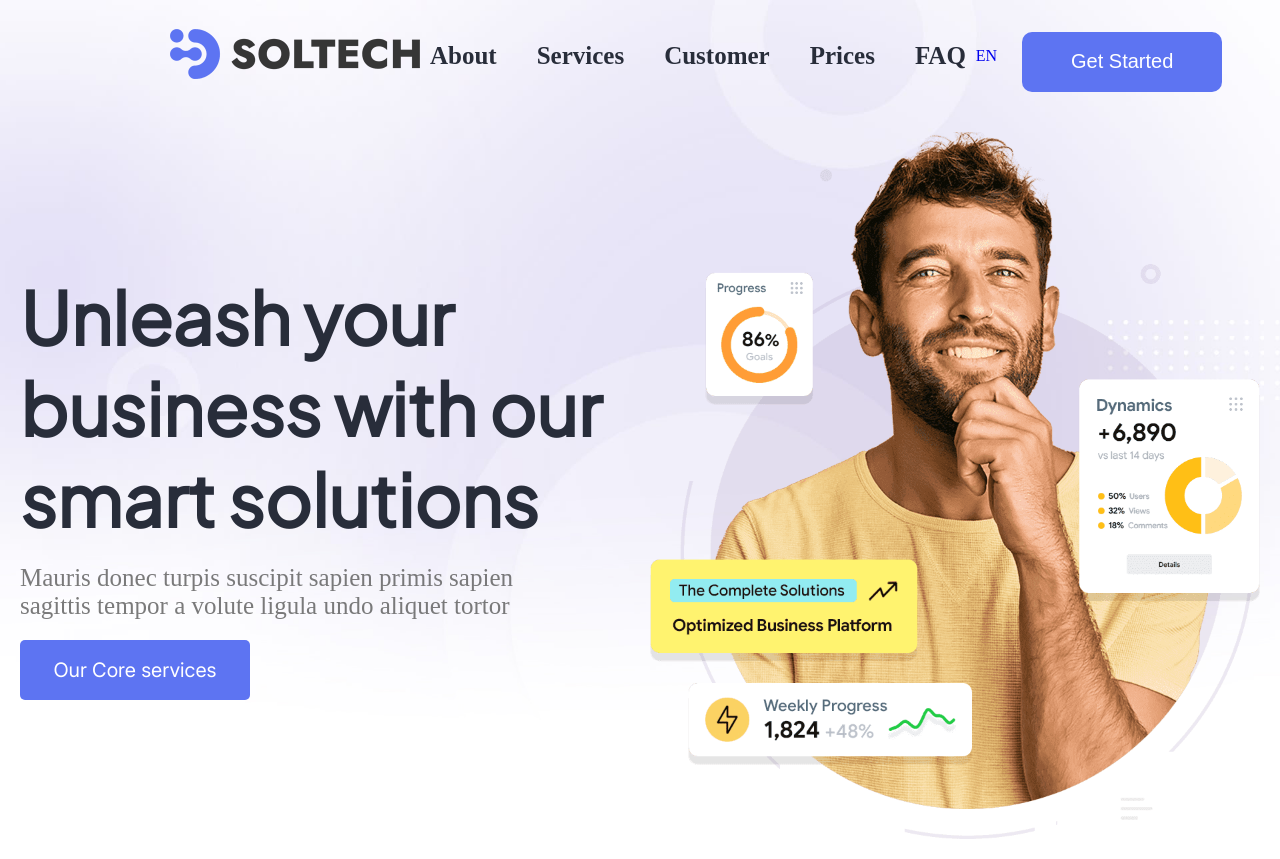
Repository: md-rabbi-hossain/Soltech-html
Page: index.html
An editor plug-in stored every save of this project. The page is shown before and after the next save, followed by the edit.
The browser window is 1280 px wide. The pictures show the whole page.

Above is the page before, as saved 2025-01-08 15:08:52.

### index.html
<!DOCTYPE html>
<html lang="en">
  <head>
    <meta charset="UTF-8" />
    <meta name="viewport" content="width=device-width, initial-scale=1.0" />
    <link rel="stylesheet" href="Css/style.css" />
    <title>Soltech</title>
  </head>
  <body>
    <header class="main-container">
      <div class="">
        <nav>
          <div class="logo">
            <img src="image/logo-1.png" alt="Logo" />
          </div>
          <ul class="menu">
            <li class="dropdown">
              <a href="#">About</a>
              <ul class="dropdown-menu">
                <li><a href="#">Our Team</a></li>
                <li><a href="#">Our Mission</a></li>
                <li><a href="#">History</a></li>
              </ul>
            </li>
            <li><a href="#">Services</a></li>
            <li><a href="#">Customer</a></li>
            <li><a href="#">Prices</a></li>
            <li><a href="#">FAQ</a></li>
          </ul>
          <div class="actions">
            <div class="dropdown">
              <li><a href="#">EN</a></li>
              <ul class="dropdown-menu">
                <li><a href="#">English</a></li>
                <li><a href="#">Spanish</a></li>
              </ul>
            </div>
            <button class="get-started">Get Started</button>
          </div>
        </nav>
        <!-- Navbar end here  -->
        <!-- hero start here  -->
        <div class="hero-parents container">
          <div class="left-side">
            <div class="content">
              <h1>Unleash your business with our smart solutions</h1>
              <p>
                Mauris donec turpis suscipit sapien primis sapien sagittis
                tempor a volute ligula undo aliquet tortor
              </p>
              <div>
                <button>Our Core services</button>
              </div>
            </div>
          </div>
          <div class="right">
            <img src="/image/hero-right.png" alt="" />
          </div>
        </div>
      </div>
    </header>
    <script src="/Js/Script.js"></script>
  </body>
</html>

### Css/style.css
* {
  margin: 0;
  padding: 0;
  box-sizing: border-box;
}
html {
  scroll-behavior: smooth;
}
@font-face {
  font-family: Inter;
  src: url("/Font/Inter_24pt-Regular.ttf") format("woff2");
  src: url("/Font/Inter_24pt-Regular.ttf") format("woff");
  src: url("/Font/Inter_24pt-Regular.ttf") format("truetype");
  font-weight: normal;
  font-style: normal;
}
@font-face {
  font-family: Jakarta;
  src: url("/Font/PlusJakartaSans-Regular.ttf") format("woff2");
  src: url("/Font/PlusJakartaSans-Regular.ttf") format("woff");
  src: url("/Font/PlusJakartaSans-Regular.ttf") format("truetype");
  font-weight: normal;
  font-style: normal;
}
li {
  list-style: none;
}
li a {
  text-decoration: none;
}
.main-container {
  max-width: 100%;
  height: 100vh;
  background-image: url("/image/hero-1.jpg");
  background-size: cover;
  background-repeat: no-repeat;
}
.container {
  max-width: 1400px;
  display: block;
  margin: 0 auto;
  padding: 25px;
}

nav {
  display: flex;
  justify-content: space-between;
  align-items: center;
  padding-left: 170px;
  padding-right: 150px;
  padding-top: 20px;
  padding-bottom: 20px;
  position: relative;
  transition: all 0.3s ease;
  z-index: 1000;
}

nav.sticky {
  background-color: rgba(253, 253, 254, 0.8);
  position: sticky;
  top: 0;
  padding-bottom: 20px;
  box-shadow: 0 4px 6px rgba(0, 0, 0, 0.1); /* Add a shadow effect for better visibility */
}
.logo img {
  max-height: 50px;
}
.menu {
  display: flex;
  list-style: none;
  gap: 20px;
}
.menu li {
  position: relative;
}
.menu a {
  text-decoration: none;
  font-size: 25px;
  color: #282d3a;
  font-weight: bold;
  padding: 5px 10px;
}
/* Dropdown Styles */
.dropdown:hover .dropdown-menu {
  display: block;
}
.dropdown-menu {
  display: none;
  position: absolute;
  background: #fff;
  box-shadow: 0 4px 6px rgba(0, 0, 0, 0.1);
  border-radius: 5px;
  margin-top: 10px;
  list-style: none;
  padding: 10px 0;
}
.dropdown-menu li {
  padding: 5px 20px;
}
.dropdown-menu li a {
  color: #282d3a;
}
.dropdown-menu li:hover {
  background: #f1f1f1;
}
.actions {
  display: flex;
  align-items: center;
  gap: 20px;
}
.get-started {
  background: #5d74f2;
  color: #fff;
  font-size: 20px;
  line-height: 28px;
  padding: 6px 22px 8px;
  margin: 12px 5px 0;
  border: none;
  border-radius: 10px;
  width: 200px;
  height: 60px;
  cursor: pointer;
  transition: 0.5s;
}
.get-started:hover {
  background: #f2f0fb;
  border: 1px solid black;
  color: #585f6e;
}

/* General Hero Section Styles */
.hero-parents {
  display: flex;
  justify-content: space-between;
  align-items: center;
  gap: 20px;
  padding: 20px;
}

.left-side {
  flex: 1;
}
.left-side h1 {
  font-size: 4.5rem;
  color: #282d3a;
  margin-bottom: 20px;
  font-family: Jakarta;
}
.left-side p {
  font-size: 25px;
  width: 500px;
  color: #5a5a5a; /* Subtle color for the paragraph text */
  margin-bottom: 20px;
  opacity: 0.8;
}

.left-side button {
  background: #5d74f2;
  color: white;
  font-size: 20px;
  padding: 10px 20px;
  border: none;
  border-radius: 5px;
  cursor: pointer;
  width: 230px;
  font-family: Inter;
  height: 60px;
}

.left-side button:hover {
  background: #4b62d8;
}

/* Right Side */
.right {
  flex: 1; /* Make the right side take up equal space as the left */
  display: flex;
  justify-content: center; /* Center the image horizontally */
  align-items: center; /* Center the image vertically */
}

.right img {
  max-width: 100%; /* Ensure the image doesn't exceed its container */
  height: auto; /* Maintain the aspect ratio */
  object-fit: contain;
}

### Js/Script.js
// JavaScript to add/remove the sticky class when scrolling
window.onscroll = function () {
  let navbar = document.querySelector("nav");
  if (window.pageYOffset > 0) {
    navbar.classList.add("sticky");
  } else {
    navbar.classList.remove("sticky");
  }
};

After the next save:
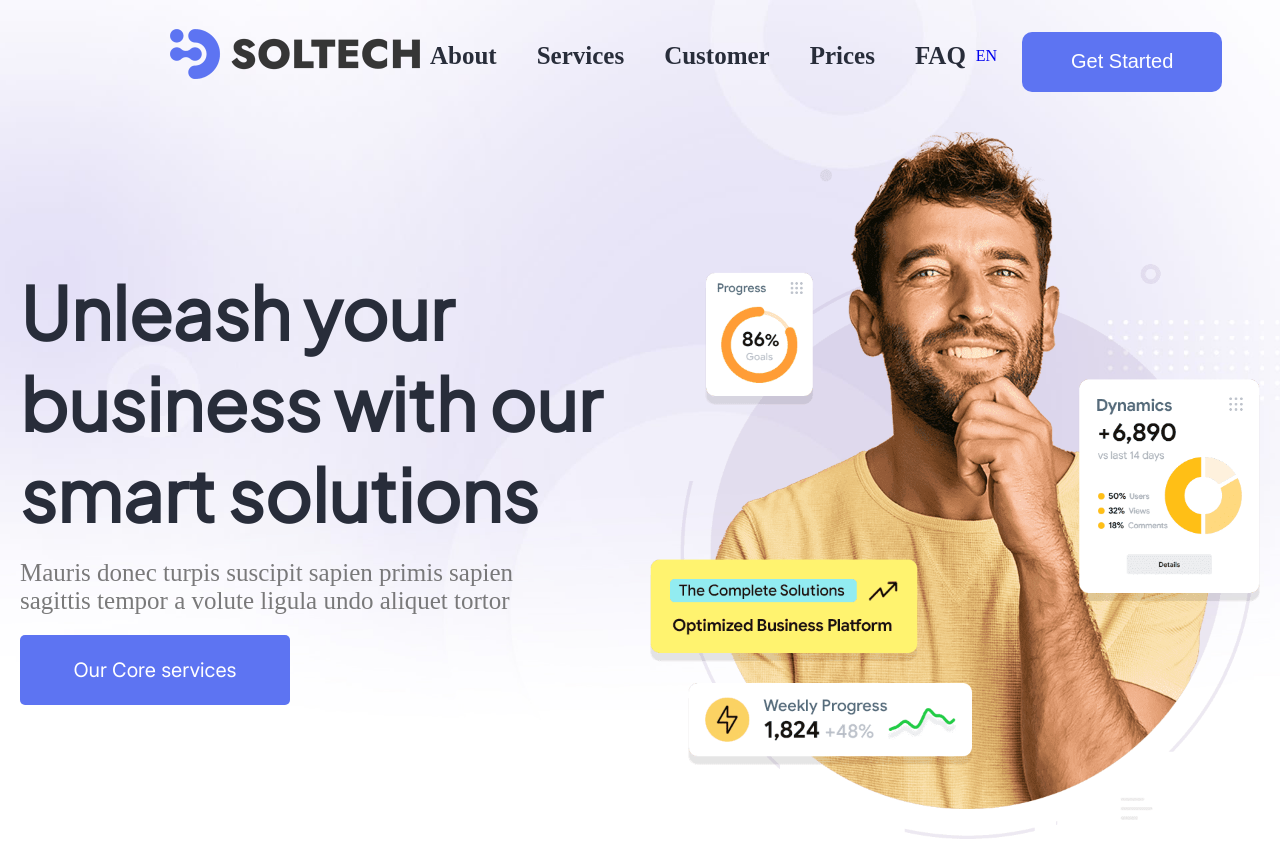
Saved 81 s later.
--- a/Css/style.css
+++ b/Css/style.css
@@ -162,9 +162,9 @@ nav.sticky {
   border: none;
   border-radius: 5px;
   cursor: pointer;
-  width: 230px;
+  width: 270px;
   font-family: Inter;
-  height: 60px;
+  height: 70px;
 }
 
 .left-side button:hover {
